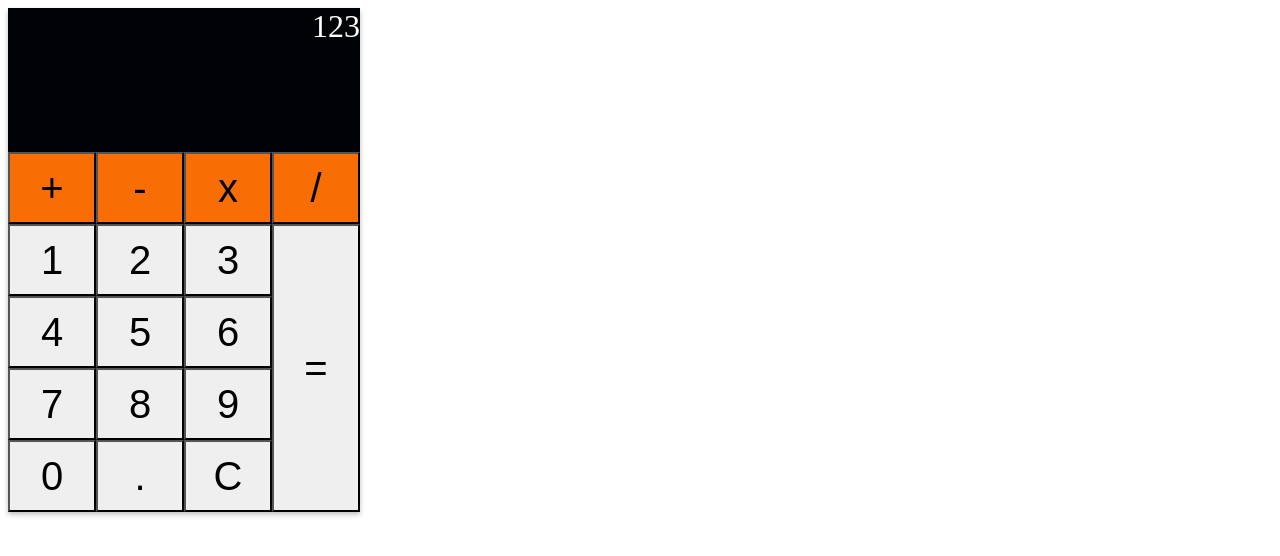
Repository: TEazy2433/LAB-calculator
Page: index.html
The author's editor kept a copy of each file at every save. The page is drawn from the files as they stood at one save, then again after the next save.
The browser window is 1280 px wide. The pictures show the whole page.

Above is the page before, as saved 2023-10-14 10:29:36.

### index.html
<!DOCTYPE html>
<html lang="en">
<head>
  <meta charset="UTF-8">
  <meta name="viewport" content="width=device-width, initial-scale=1.0">
  <title>calculator</title>
  <link rel="stylesheet" href="main.css">


</head>
<body>
  <div class="calculator">
    <div class="display">123</div>
    <div class="calculator_keys">
      <button class="calculator_key key--operator">+</button>
      <button class="calculator_key key--operator">-</button>
      <button class="calculator_key key--operator">x</button>
      <button class="calculator_key key--operator">/</button>
      <button class="calculator_key">1</button>
      <button class="calculator_key">2</button>
      <button class="calculator_key">3</button>
      <button class="calculator_key">4</button>
      <button class="calculator_key">5</button>
      <button class="calculator_key">6</button>
      <button class="calculator_key">7</button>
      <button class="calculator_key">8</button>
      <button class="calculator_key">9</button>
      <button class="calculator_key">0</button>
      <button class="calculator_key">.</button>
      <button class="calculator_key">C</button>
      <button class="calculator_key key--enter">=</button>
    </div>
  </div>

</body>
</html>

### main.css
.calculator{
  overflow: hidden;
  max-inline-size: 22rem;
  box-shadow: 0px 3px 6px 0px rgba(0, 0, 0, 0.15), 0px 2px 4px 0px rgba(0, 0, 0, 0.12);
  width: 800px;
  display: flex;
  flex-wrap: wrap;
  border-color: black ;
}
.display{
  font-size: 2rem;
  text-align: end;
  background: hsl(210, 100%, 1%);
  color: hsl(255, 100%, 100%);
  width: 100%;
  height: 20vh;
  border-color: black;
}

.calculator_keys{
  display: grid;
  grid-template-columns: repeat(4,1fr);
  width: 500vh;
  height: 50vh;
  border-color: black;
}
.calculator_key{
  font-size: 40px;
  border-color: black;

}
.key--operator{
  background: rgb(248, 110, 4);
}
.key--enter{
  grid-column: 4 / 5;
  grid-row: 2/ span 4;
}

After the next save:
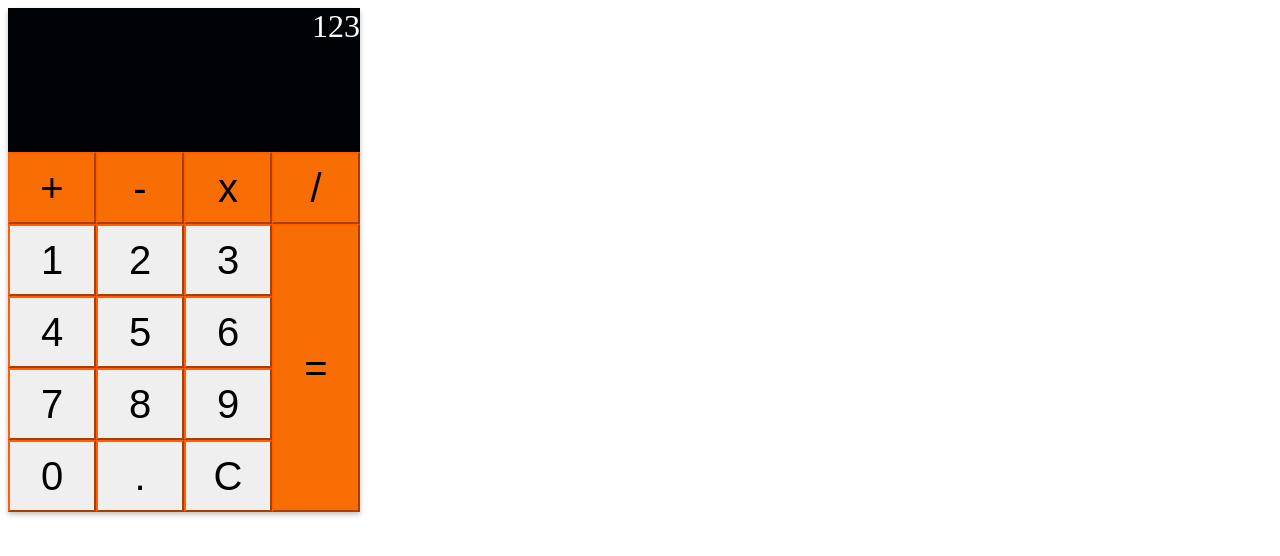
Saved 85 s later.
--- a/main.css
+++ b/main.css
@@ -26,7 +26,7 @@
 }
 .calculator_key{
   font-size: 40px;
-  border-color: black;
+  border-color: rgb(254, 95, 2);
 
 }
 .key--operator{
@@ -35,4 +35,5 @@
 .key--enter{
   grid-column: 4 / 5;
   grid-row: 2/ span 4;
+  background: rgb(248, 110, 4);
 }
